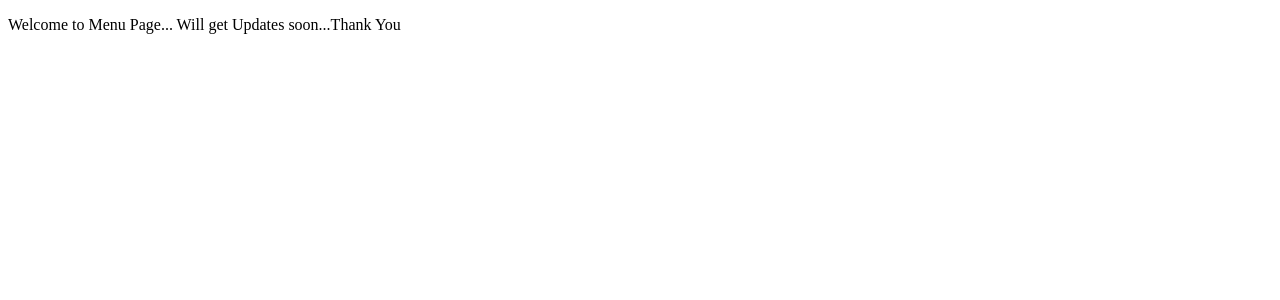
Repository: sandeshAraveti/Java-training
Page: http://localhost/jspjdbc/menu.jsp
These files come from the project's save history. The page is drawn as it stood at one moment and after the next save; the edit follows.
The browser window is 1280 px wide. The pictures show the whole page.
The page is served by Tomcat 9. Other server files are loaded and not shown.

Above is the page before, as saved 2019-12-09 06:42:08.

### Java_HCL/Day_jdbc/jspjdbc/WebContent/menu.jsp
<%@ page language="java" contentType="text/html; charset=ISO-8859-1"
    pageEncoding="ISO-8859-1"%>
<!DOCTYPE html PUBLIC "-//W3C//DTD HTML 4.01 Transitional//EN" "http://www.w3.org/TR/html4/loose.dtd">
<html>
<head>
<meta http-equiv="Content-Type" content="text/html; charset=ISO-8859-1">
<title>Insert title here</title>
</head>
<body>

   <p>
   Welcome to Menu Page...
   Will get Updates soon...Thank You
   </p>

</body>
</html>

After the next save:
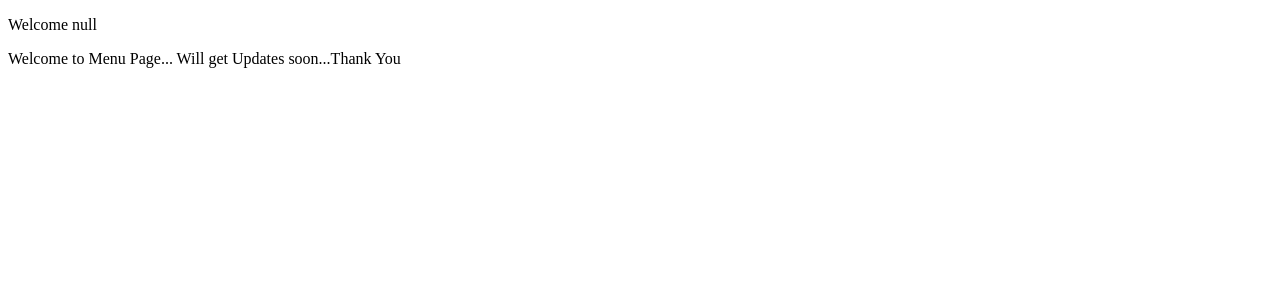
Saved 3 min 36 s later.
--- a/Java_HCL/Day_jdbc/jspjdbc/WebContent/menu.jsp
+++ b/Java_HCL/Day_jdbc/jspjdbc/WebContent/menu.jsp
@@ -7,7 +7,8 @@
 <title>Insert title here</title>
 </head>
 <body>
-
+   <p>
+   Welcome <%=session.getAttribute("user") %>
    <p>
    Welcome to Menu Page...
    Will get Updates soon...Thank You
